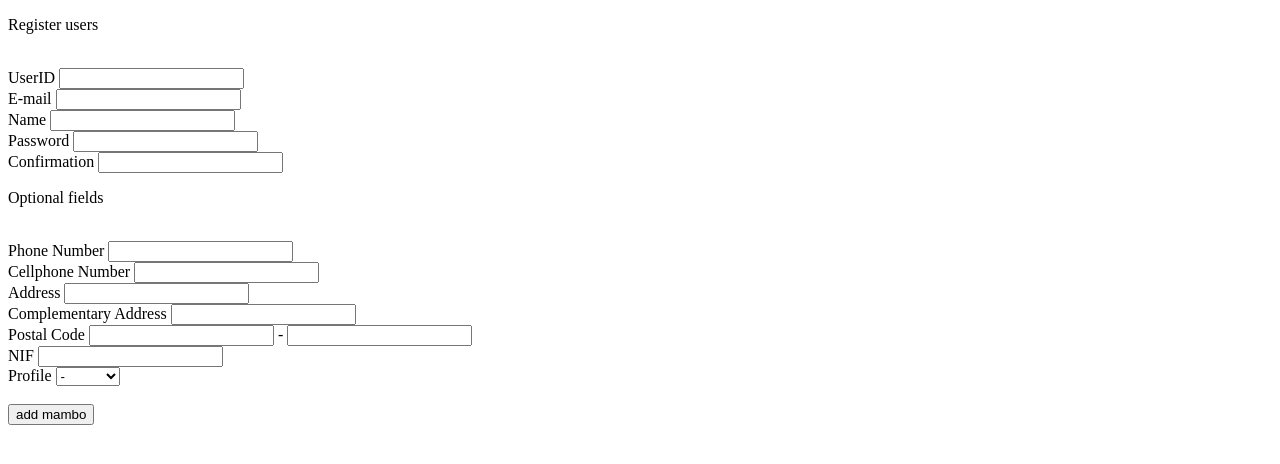
Repository: rachelmelo/ADC-2022-Avalia-o-Individual
Page: FirstWebApp/src/main/webapp/register.html
These files come from the project's save history. The page is drawn as it stood at one moment and after a run of saves; the edit follows.
The browser window is 1280 px wide. The pictures show the whole page.

Above is the page before, as saved 2022-04-03 22:22:30.

After the next 2 saves:
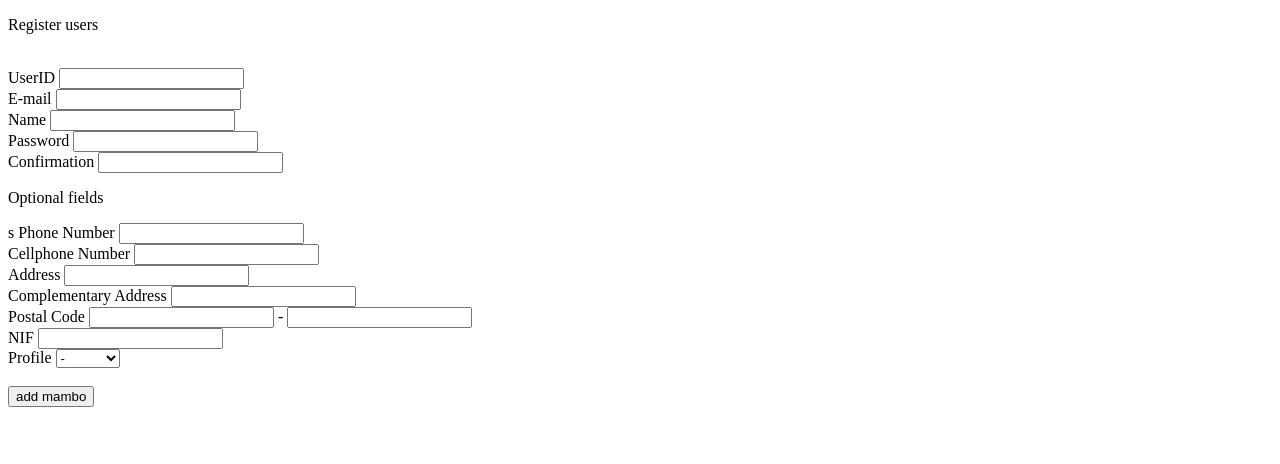
The 2 saves are shown as one change because they came seconds apart.
The last was saved 118 s later.
--- a/FirstWebApp/src/main/webapp/register.html
+++ b/FirstWebApp/src/main/webapp/register.html
@@ -1,11 +1,12 @@
 <!DOCTYPE html>
 <html xmlns="http://www.w3.org/1999/xhtml" lang="en">
-  <head>
-    <meta http-equiv="content-type" content="application/xhtml+xml; charset=UTF-8" />
-    <title>Hello App Engine</title>
-  </head>
+<head>
+<meta http-equiv="content-type"
+	content="application/xhtml+xml; charset=UTF-8" />
+<title>Hello App Engine</title>
+</head>
 
- <script>
+<script>
     xmlhttp = new XMLHttpRequest();
     function sendRequest(){
         xmlhttp.onreadystatechange = function (){
@@ -36,67 +37,66 @@
 
 <body>
 
-<p>Register users</p>
+	<p>Register users</p>
 
-<br>
-<label>UserID</label>
-<input type="text" id="userId">
+	<br>
+	<label>UserID</label>
+	<input type="text" id="userId">
 
-<br>
-<label>E-mail</label>
-<input type="text" id="email">
+	<br>
+	<label>E-mail</label>
+	<input type="text" id="email">
 
-<br>
-<label>Name</label>
-<input type="text" id="name">
+	<br>
+	<label>Name</label>
+	<input type="text" id="name">
 
-<br>
-<label>Password</label>
-<input type="password" id="pwd">
+	<br>
+	<label>Password</label>
+	<input type="password" id="pwd">
 
-<br>
-<label>Confirmation</label>
-<input type="password" id="confirm">
+	<br>
+	<label>Confirmation</label>
+	<input type="password" id="confirm">
 
-<br>
-<p>Optional fields</p>
+	<br>
+	<p>Optional fields</p>
+s
+	<label>Phone Number</label>
+	<input type="text" id="phone">
 
-<br>
-<label>Phone Number</label>
-<input type="text" id="phone">
+	<br>
+	<label>Cellphone Number</label>
+	<input type="text" id="cell">
 
-<br>
-<label>Cellphone Number</label>
-<input type="text" id="cell">
+	<br>
+	<label>Address</label>
+	<input type="text" id="ad">
 
-<br>
-<label>Address</label>
-<input type="text" id="ad">
+	<br>
+	<label>Complementary Address</label>
+	<input type="text" id="cad">
 
-<br>
-<label>Complementary Address</label>
-<input type="text" id="cad">
+	<br>
+	<label>Postal Code</label>
+	<input type="text" id="p1" maxlength="4">
+	<label>-</label>
+	<input type="text" id="p2" maxlength="3">
 
-<br>
-<label>Postal Code</label>
-<input type="text" id="p1" maxlength="4">
-<label>-</label>
-<input type="text" id="p2" maxlength="3">
+	<br>
+	<label>NIF</label>
+	<input type="text" id="nif">
 
-<br>
-<label>NIF</label>
-<input type="text" id="nif">
+	<br>
+	<label>Profile</label>
+	<select id="prof">
+		<option value="">-</option>
+		<option value="private">Private</option>
+		<option value="public">Public</option>
+	</select>
 
-<br>
-<label>Profile</label>
-<select id="prof">
-    <option value="">-</option>
-    <option value="private">Private</option>
-    <option value="public">Public</option>
-</select>
-
-<br>
-<br>
-<input type="button" value="add mambo" onclick="sendRequest();"/>
-  </body>
+	<br>
+	<br>
+	<input type="button" value="add mambo" onclick="sendRequest();" />
+</body>
 </html>
